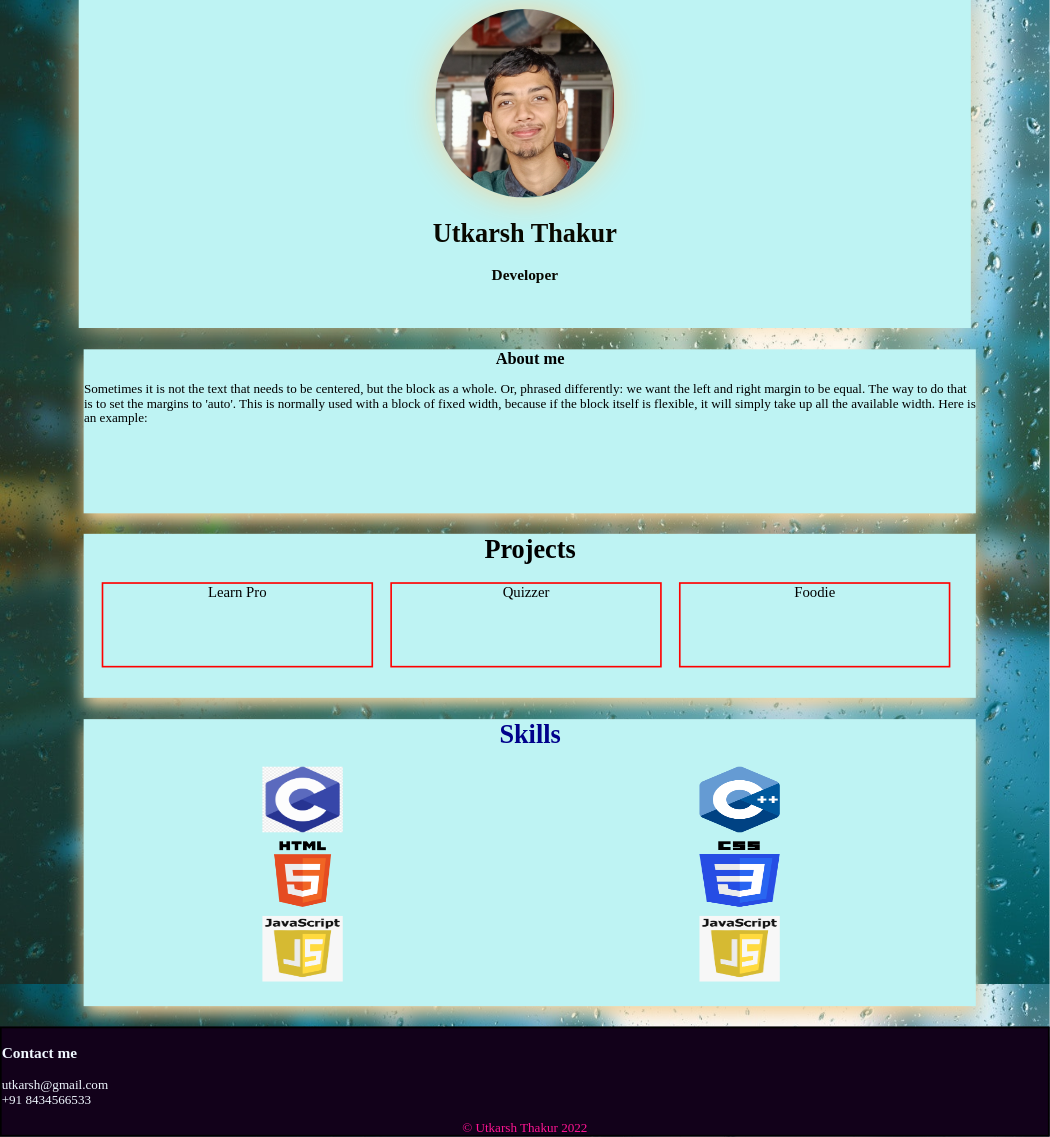
Repository: UtkarshThakur321/Utkarsh-Thakur-Profile
Page: index.html
These files come from the project's save history. The page is drawn as it stood at one moment and after the next save; the edit follows.
The browser window is 1280 px wide. The pictures show the whole page, at 82% of full size.

Above is the page before, as saved 2022-01-23 00:28:42.
Not found: main.js

### index.html
<!DOCTYPE html>
<html>
<head>
    <meta charset='utf-8'>
    <meta http-equiv='X-UA-Compatible' content='IE=edge'>
    <title>Page Title</title>
    <meta name='viewport' content='width=device-width, initial-scale=1'>
    <link rel='stylesheet' type='text/css' media='screen' href="index.css">
    <script src='main.js'></script>
</head>
<body>
    <div id="main">
    <!-- <div id="nav">
        <h1>My Resume</h1>
    </div> -->
    <center>
        <div id="intro">
            <div id="profileImage">
                 <img src="./Utkarsh_dp.jpg" alt="DP_Utkarsh__Thakur"
                 width="180" height="170">
            </div>
            <div id="profileName">
                <h1>Utkarsh Thakur</h1>
                <h3>Developer</h3>
            </div>

            <div>


             </div>
        </div>
    </center>



  <div id="aboutMe">
    <div id="aboutMeHeading">
        About me
    </div>
    <div id="aboutMeContent">
        <p>
            Sometimes it is not the text that needs to be centered, but the block as a whole. Or, phrased differently: we want the left and right margin to be equal. The way to do that is to set the margins to 'auto'. This is normally used with a block of fixed width, because if the block itself is flexible, it will simply take up all the available width. Here is an example:
        </p>
    </div>
  </div>



<div id="projects">
    <h1>Projects</h1>
    <div class="projectsContent">
       <span> Learn Pro</span>
    </div>
    <div class="projectsContent">
        <span>Quizzer</span>
    </div>
    <div class="projectsContent">
        <span>Foodie</span>
    </div>
</div>



    <div id="skills">
        <h1>Skills</h1>
        <div class="skillsContent">
            <img src="c_programming.png" alt="c_programming">
        </div>
        <div class="skillsContent">
            <img src="./c++_programming.png" alt="c++_programming">
        </div>
        <div class="skillsContent">
            <img src="./html.png" alt="html">
        </div>
        <div class="skillsContent">
            <img src="./CSS3.png" alt="css3">
        </div>
        <div class="skillsContent">
            <img src="./js.png" alt="js">
        </div>
        <div class="skillsContent">
            <img src="./js.png" alt="js">
        </div>

    </div>

    <div id="footer">
        <div id="footerContent">
            <h3>Contact me</h3>
        <p>
            utkarsh@gmail.com<br>
            +91 8434566533

        </p>
            <div id="copyright">
         &copy; Utkarsh Thakur 2022
            </div>
        </div>
        </div>

    </div>



</body>
</html>

### index.css
body{
    width:100%;
    margin:0px;
    /* background-color: rgb(171, 238, 238); */
    background-image:url("./bg.jpg");
}


#intro{

    background-color: rgb(190, 243, 243);
    height: 400px;
    width:85%;
    box-shadow: 0px 0px 40px rgb(245, 212, 159);
    margin-bottom: 2%;

}


#profileImage>img{
    margin-top: 1%;
    height:230px;
    width:20%;
    border-radius: 180px;
    box-shadow: 0px 0px 40px rgb(245, 212, 159);
}
#profileName{
    color:rgb(8, 8, 0);
    font-family: cursive;
}

#aboutMe{
    width:85%;
    height:200px;
    /* border:2px solid green; */
    margin-left:8%;
    box-shadow: 0px 10px 20px rgb(245, 212, 159);
    margin-bottom: 2%;
    background-color: rgb(190, 243, 243);
}



#aboutMeHeading{
    text-align:center;
    font-family:cursive;
    font-size:20px;
    font-weight: bold;
}
#aboutMeContent{

    font-family:cursive;
        font-size:16px;

}

#projects{
    width:85%;
        height:200px;
        /* border:2px solid green; */
        margin-left:8%;
        box-shadow: 0px 10px 20px rgb(245, 212, 159);
        font-family:cursive;

    text-align: center;
    margin-bottom: 2%;
    background-color: rgb(190, 243, 243);

}
.projectsContent{
    border:2px solid red;
    width:30%;
    height:100px;
    float:left;
    margin-left:2%;
}
.projectsContent>span{
    font-size: 18px;
}


#skills{
        width:85%;
        height:350px;
        /* border:2px solid green; */
        margin-left:8%;
        box-shadow: 0px 10px 20px rgb(245, 212, 159);
        margin-bottom: 2%;
        background-color: rgb(190, 243, 243);
}

#skills{
    color:darkblue;
    font-weight: 400;
    text-align: center;

}
.skillsContent{
    height:80px;
    margin:0% 2% 1%;
    width:45%;
    float:left;
    /* border:2px solid blue; */
}
.skillsContent>img{
    height:80px;
    width:20%;
}



#nav{
    height:50px;
    display:content;
    text-align: center;
    font-weight: 900;
    color:black;}
    /* text-align: center;
    font-family: Verdana, Geneva, Tahoma, sans-serif;
} */



.img{
    height:10px;
    width:10%;
}

#footer{
    background-color: rgb(18, 1, 26);
}
#footerContent{
    border:2px solid black;
    color:aliceblue;

}

/* #footer{
    text-align: center;
} */
#copyright{
    text-align: center;
    font-family:cursive;
    color:deeppink
}

After the next save:
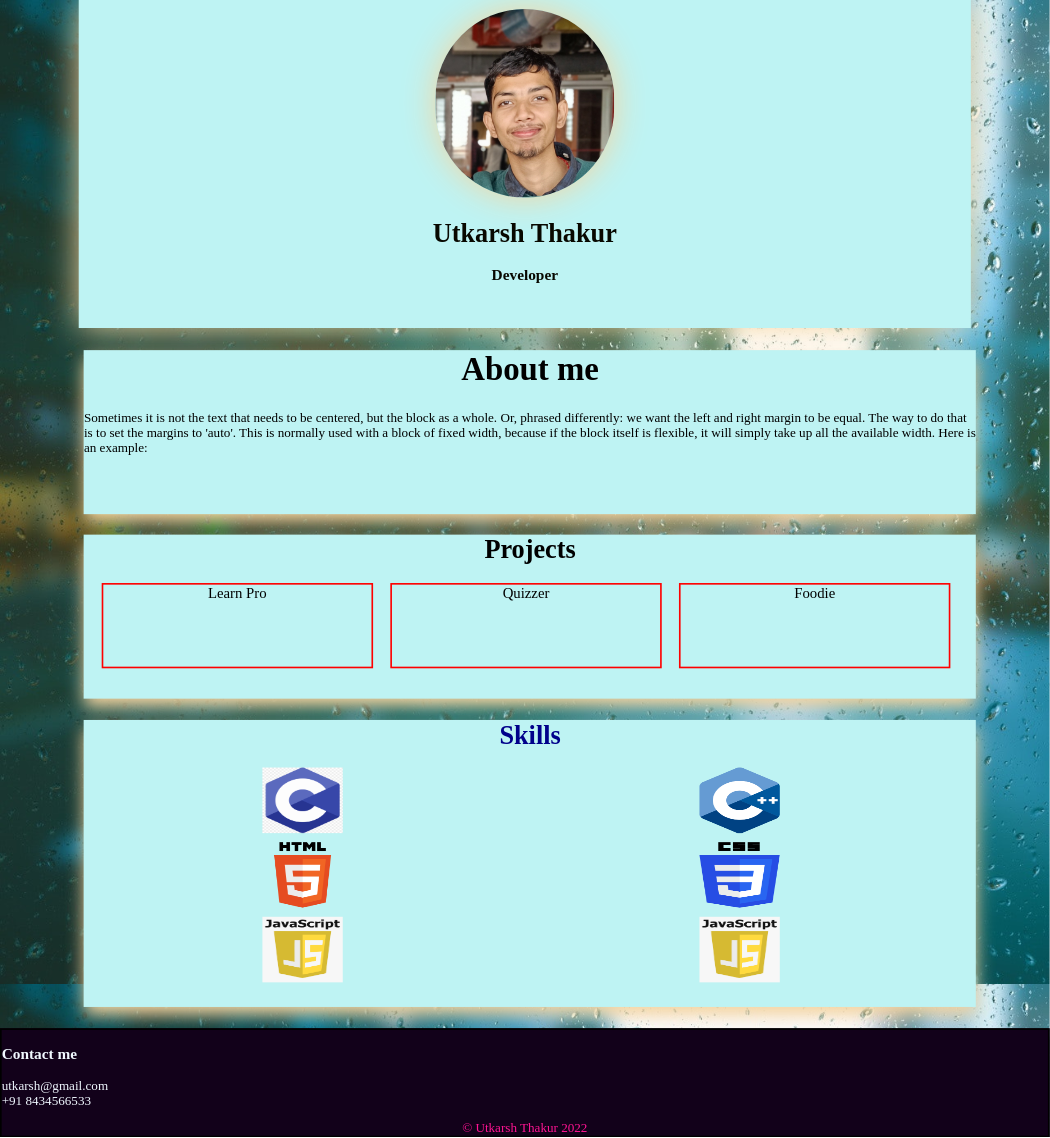
Saved 78 s later.
--- a/index.html
+++ b/index.html
@@ -35,7 +35,7 @@
 
   <div id="aboutMe">
     <div id="aboutMeHeading">
-        About me
+        <h1>About me</h1>
     </div>
     <div id="aboutMeContent">
         <p>
